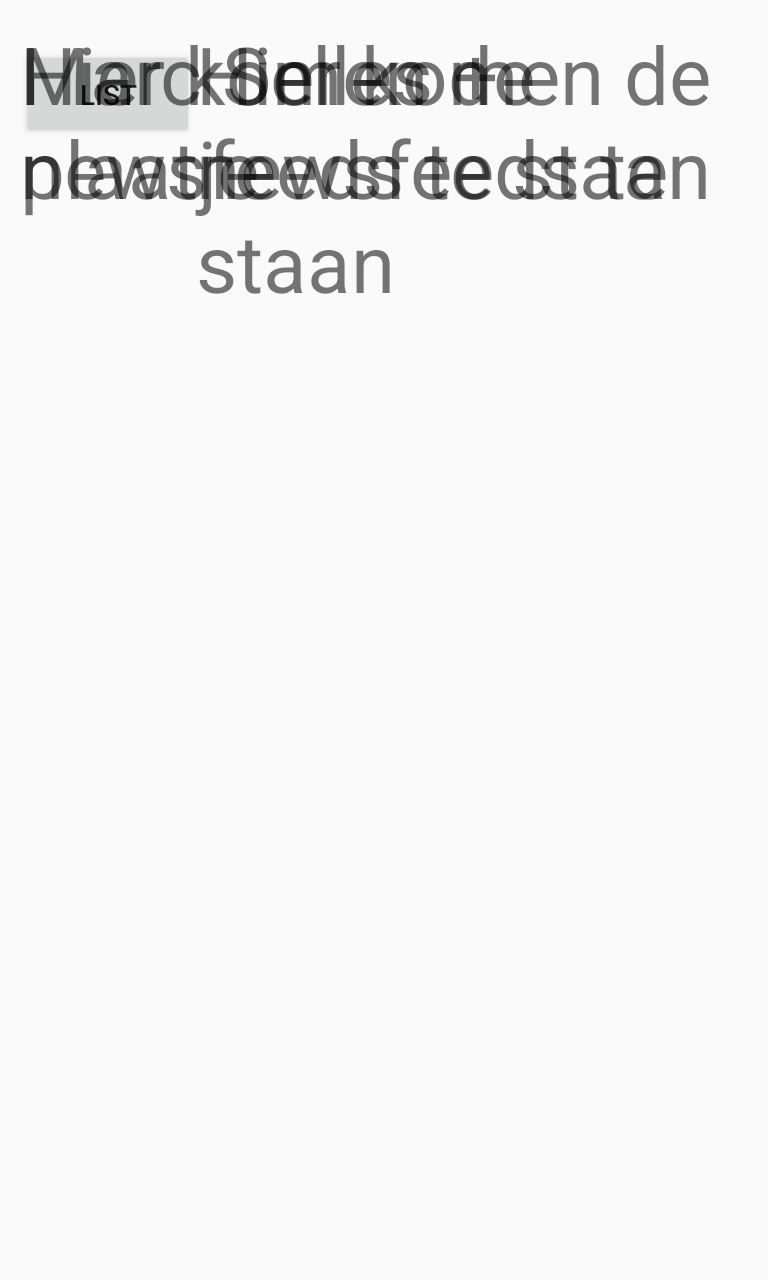
Repository: MarcSelles/BeatYourBucketAndroid
Layout: The_app/BeatYourBucket/res/layout/activity_main.xml
The author's editor kept a copy of each file at every save. The layout is drawn from the files as they stood at one save, then again after a run of saves.
It is drawn on a 768 x 1280 px phone screen (xhdpi) without system bars, with theme AppTheme; the app's code is not run.

Above is the layout before, as saved 2015-01-14 10:35:26.

After the next 3 saves:
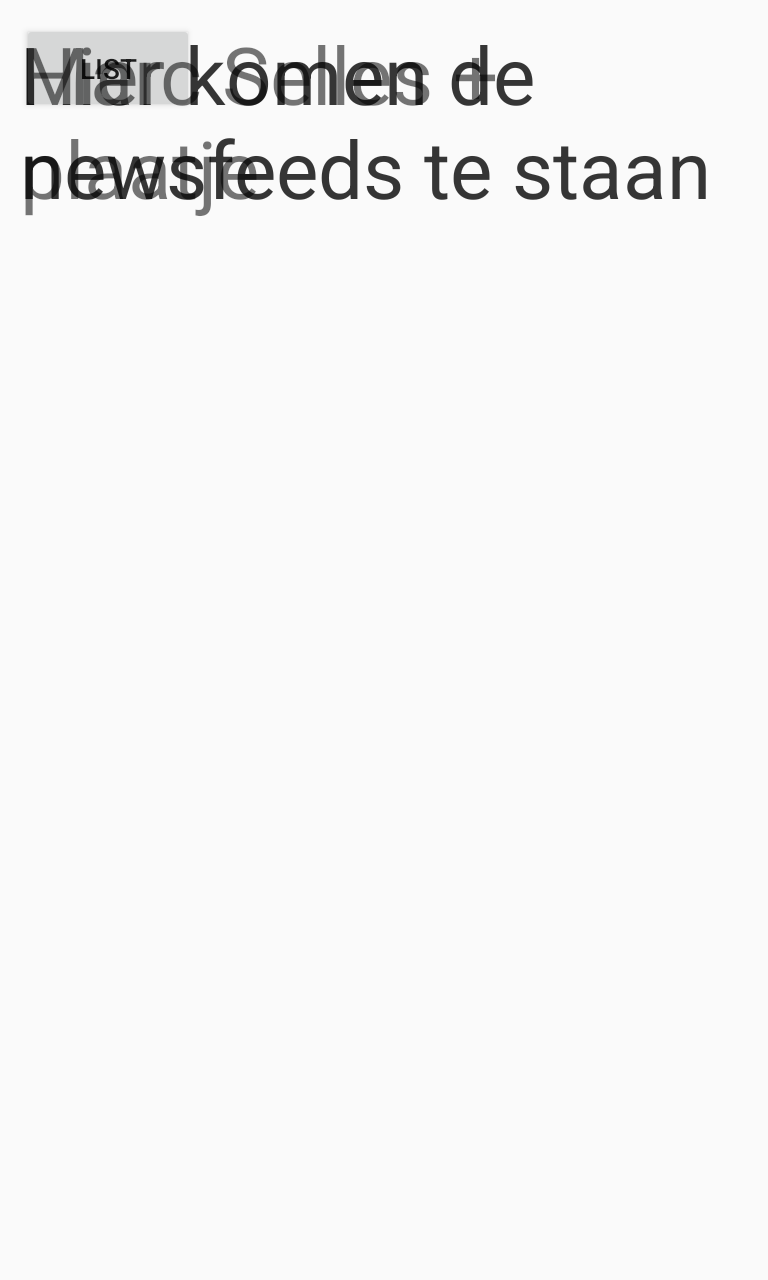
The 3 saves are shown as one change because 2 did not build or start.
The last was saved 53 s later.
--- a/The_app/BeatYourBucket/res/layout/activity_main.xml
+++ b/The_app/BeatYourBucket/res/layout/activity_main.xml
@@ -18,7 +18,7 @@
         android:layout_width="fill_parent"
     	android:layout_height="fill_parent">
 
-    <LinearLayout
+    <RelativeLayout
         android:orientation="vertical"
         android:layout_width="fill_parent"
         android:layout_height="fill_parent"
@@ -31,7 +31,7 @@
             android:padding="5dp"
             android:layout_weight="1">
 
-        	<LinearLayout
+        	<RelativeLayout
             	android:id="@+id/tab1"
             	android:layout_width="wrap_content"
             	android:layout_height="wrap_content"
@@ -50,9 +50,9 @@
                     android:text="Hier komen de newsfeeds te staan"
                     android:textSize="40sp" />
 
-            </LinearLayout>
+            </RelativeLayout>
 
-            <LinearLayout
+            <RelativeLayout
             	android:id="@+id/tab2"
             	android:layout_width="wrap_content"
             	android:layout_height="wrap_content"
@@ -65,9 +65,9 @@
                     android:text="Hier komen de newsfeeds te staan"
                     android:textSize="40sp" />
 
-            </LinearLayout>
+            </RelativeLayout>
 
-            <LinearLayout
+            <RelativeLayout
                 android:id="@+id/tab3"
                 android:layout_width="wrap_content"
                 android:layout_height="wrap_content"
@@ -80,7 +80,7 @@
                     android:text="Marc Selles + plaatje"
                     android:textSize="40sp" />
 
-            </LinearLayout>
+            </RelativeLayout>
 
             </FrameLayout>
 
@@ -91,7 +91,7 @@
             android:layout_weight="0"
             android:layout_marginBottom="-4dp"/>
 
-    	</LinearLayout>
+    	</RelativeLayout>
 
 	</TabHost>
 

After the 3 saves that followed:
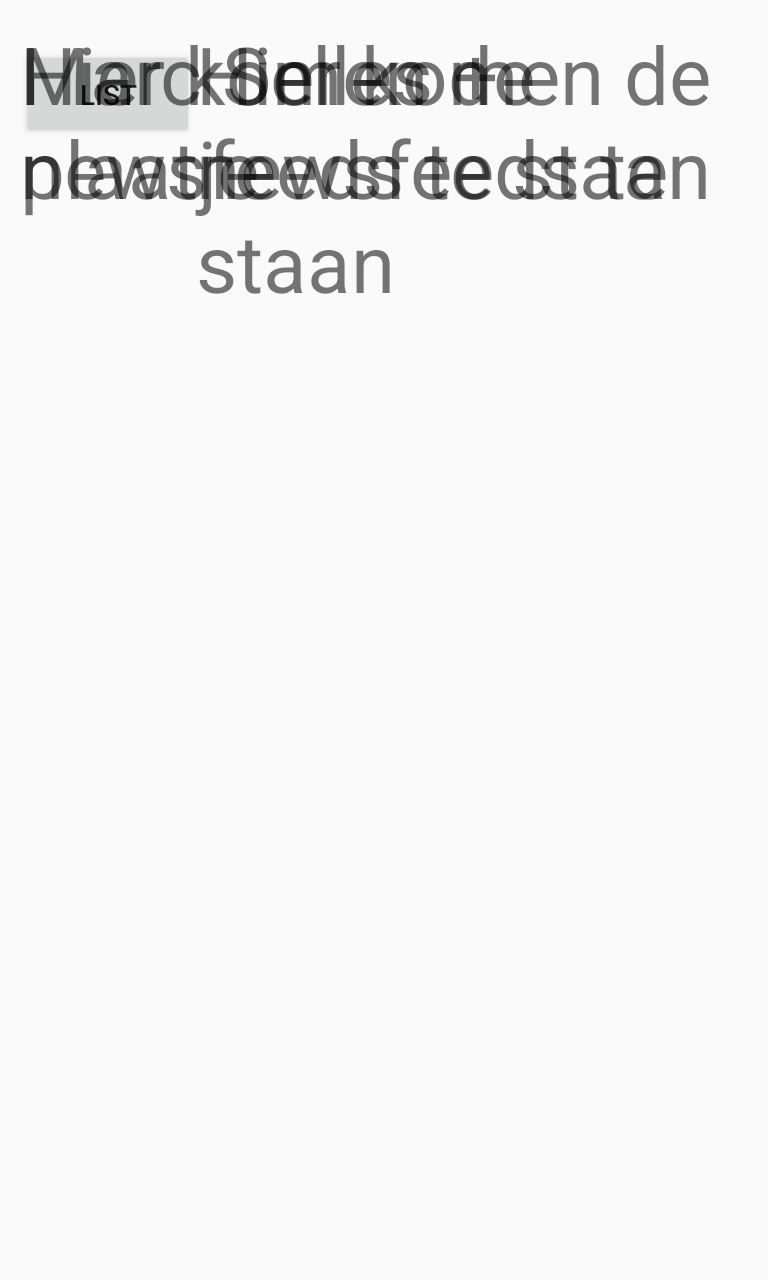
The 3 saves are shown as one change because 2 left the picture as it was.
The last was saved 70 s later.
--- a/The_app/BeatYourBucket/res/layout/activity_main.xml
+++ b/The_app/BeatYourBucket/res/layout/activity_main.xml
@@ -18,7 +18,7 @@
         android:layout_width="fill_parent"
     	android:layout_height="fill_parent">
 
-    <RelativeLayout
+    <LinearLayout
         android:orientation="vertical"
         android:layout_width="fill_parent"
         android:layout_height="fill_parent"
@@ -31,7 +31,7 @@
             android:padding="5dp"
             android:layout_weight="1">
 
-        	<RelativeLayout
+        	<LinearLayout
             	android:id="@+id/tab1"
             	android:layout_width="wrap_content"
             	android:layout_height="wrap_content"
@@ -50,9 +50,9 @@
                     android:text="Hier komen de newsfeeds te staan"
                     android:textSize="40sp" />
 
-            </RelativeLayout>
+            </LinearLayout>
 
-            <RelativeLayout
+            <LinearLayout
             	android:id="@+id/tab2"
             	android:layout_width="wrap_content"
             	android:layout_height="wrap_content"
@@ -65,9 +65,9 @@
                     android:text="Hier komen de newsfeeds te staan"
                     android:textSize="40sp" />
 
-            </RelativeLayout>
+            </LinearLayout>
 
-            <RelativeLayout
+            <LinearLayout
                 android:id="@+id/tab3"
                 android:layout_width="wrap_content"
                 android:layout_height="wrap_content"
@@ -80,7 +80,7 @@
                     android:text="Marc Selles + plaatje"
                     android:textSize="40sp" />
 
-            </RelativeLayout>
+            </LinearLayout>
 
             </FrameLayout>
 
@@ -91,7 +91,7 @@
             android:layout_weight="0"
             android:layout_marginBottom="-4dp"/>
 
-    	</RelativeLayout>
+    	</LinearLayout>
 
 	</TabHost>
 
